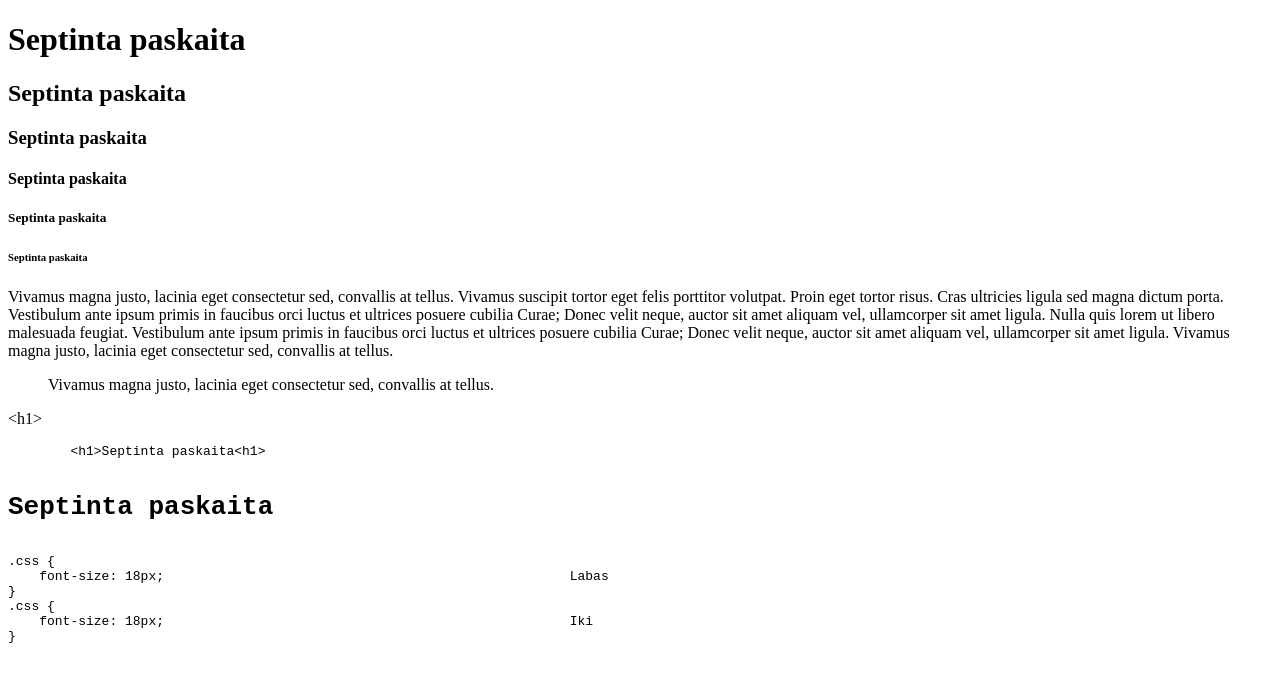
Repository: motiejus1/07-paskaita-05.31
Page: index.html
These files come from the project's save history. The page is drawn as it stood at one moment and after the next save; the edit follows.
The browser window is 1280 px wide. The pictures show the whole page.

Above is the page before, as saved 2021-06-10 18:49:36.

After the next save:
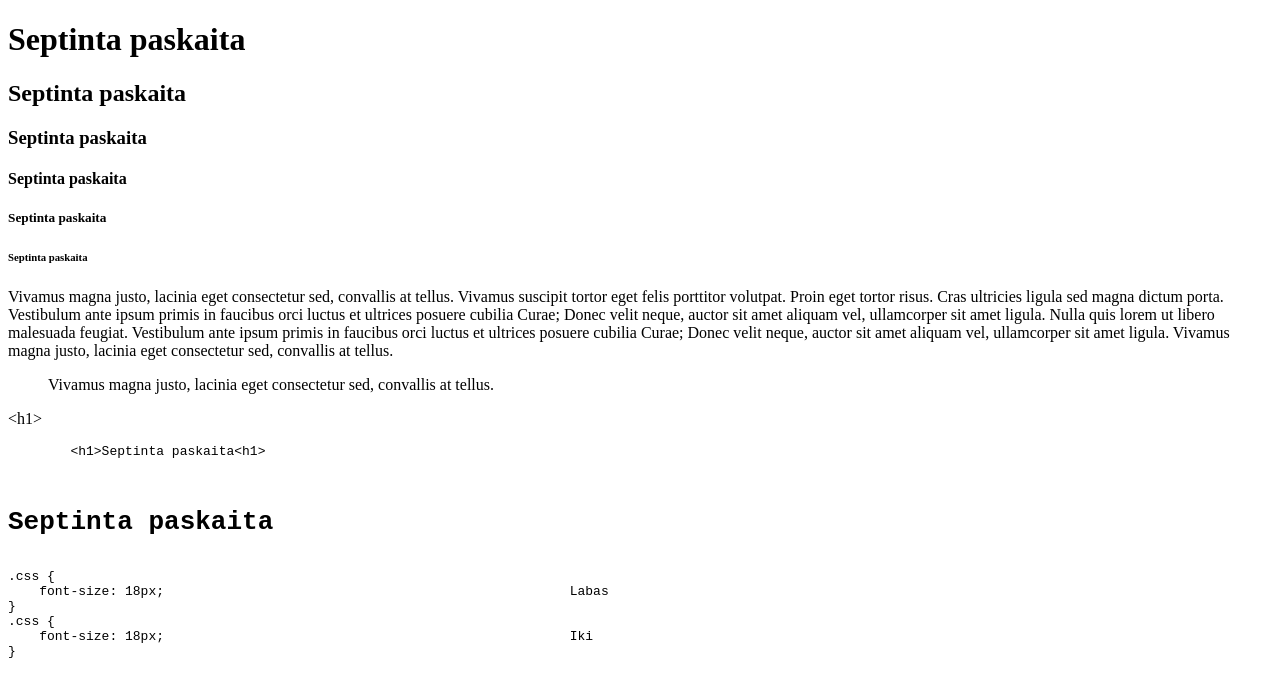
Saved 21 s later.
--- a/index.html
+++ b/index.html
@@ -23,6 +23,7 @@
 
     <pre>
         &lt;h1&gt;Septinta paskaita&lt;h1&gt;
+
         <h1>Septinta paskaita</h1>
 .css {
     font-size: 18px;                                                    Labas
